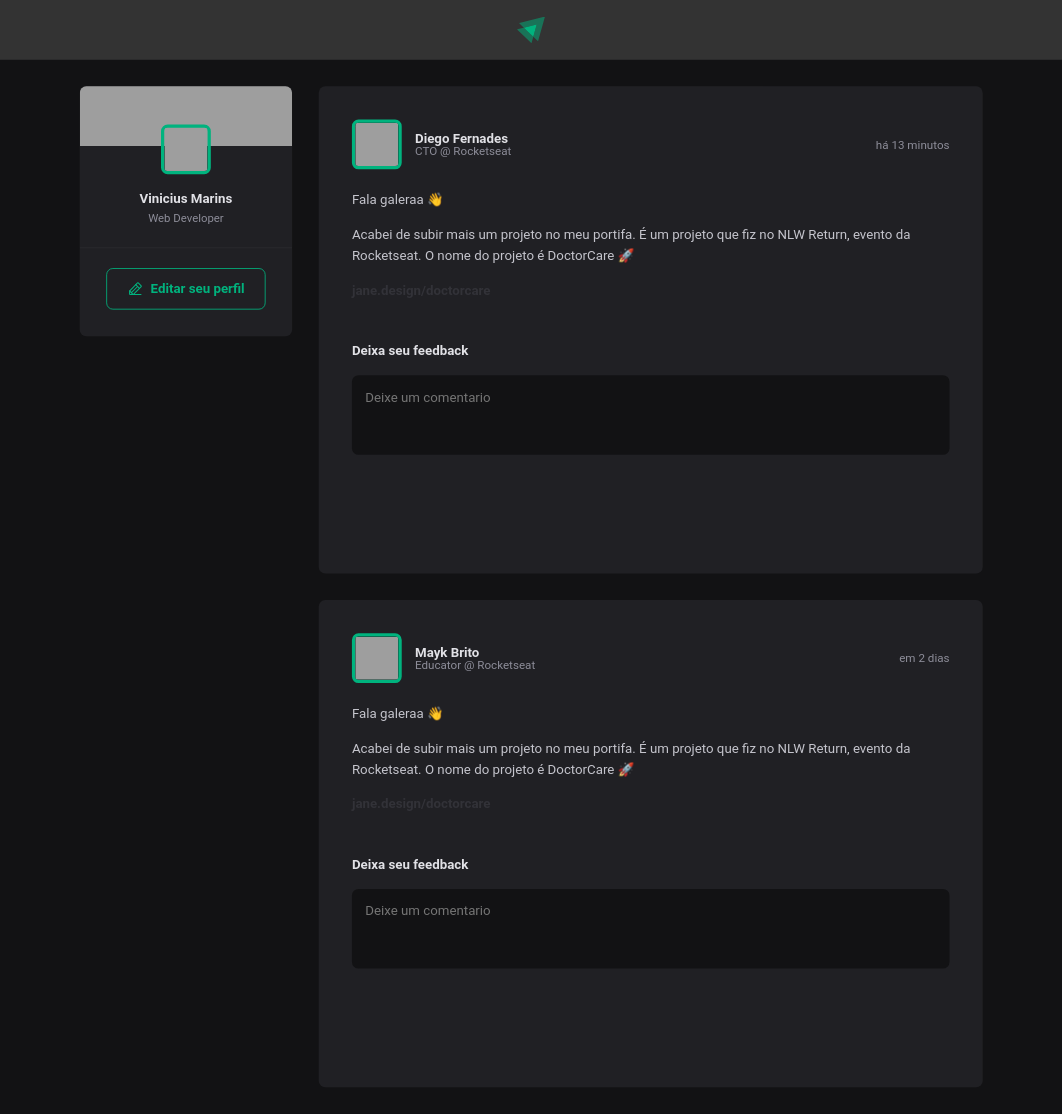
Repository: viniimartins/FeedROCKETSEAT
Page: /
An editor plug-in stored every save of this project. The page is shown before and after a run of saves, followed by the edit.
The browser window is 1280 px wide. The pictures show the whole page, at 83% of full size.
Pictures or frames that could not be fetched are drawn as grey boxes. The project was rebuilt for these pictures with package versions that can differ from the ones it lists, and the page was loaded fresh each time. Also part of the build but not shown: vite.config.ts, src/Components/Comment.module.css, src/Components/Comment.tsx.

Above is the page before, as saved 2023-05-04 16:31:36.

After the next 2 saves:
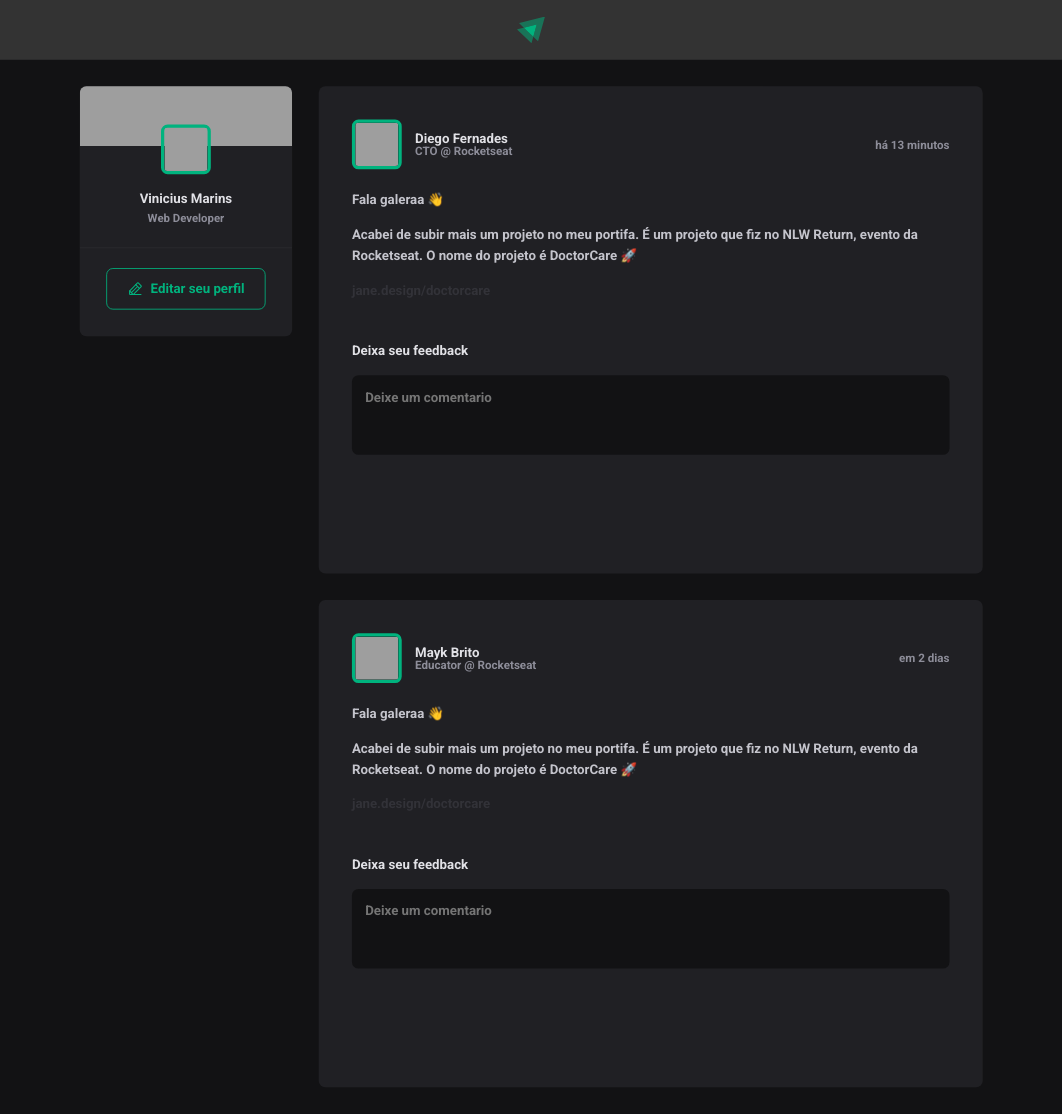
The 2 saves are shown as one change because they came seconds apart.
The last was saved 12 s later.
--- a/index.html
+++ b/index.html
@@ -8,6 +8,9 @@
 
     <link rel="icon" type="image/svg+xml" href="/vite.svg" />
     <meta name="viewport" content="width=device-width, initial-scale=1.0" />
+
+    <link href="https://fonts.googleapis.com/css2?family=Montserrat&family=Roboto:wght@700&display=swap" rel="stylesheet">
+
     <title>Vite + React + TS</title>
   </head>
   <body>
